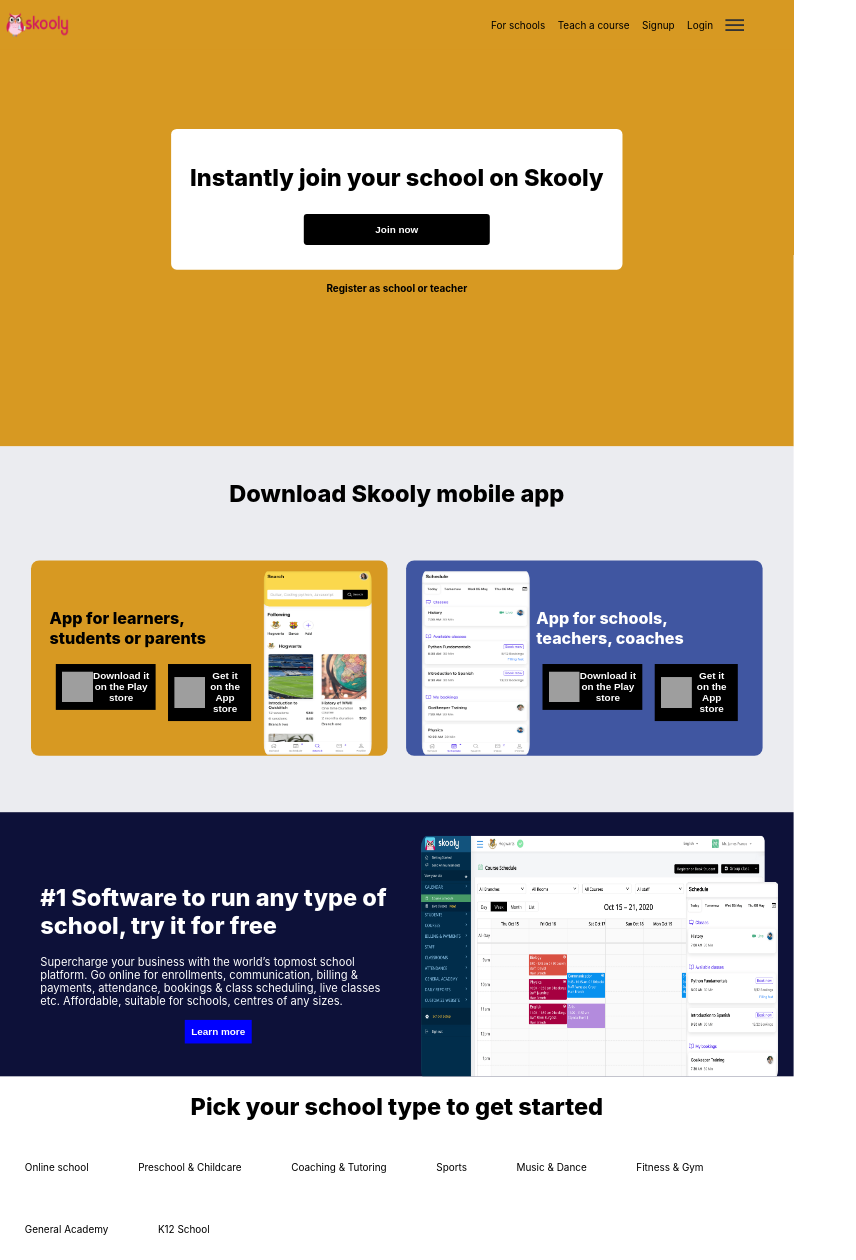
Repository: akankshaajoshi/Skooly-Clone
Page: /
These files come from the project's save history. The page is drawn as it stood at one moment and after the next save; the edit follows.
The browser window is 1280 px wide. The page is 1280 px wide, then 1380 px, so the pictures cover 1380 px, including what lies to the right of the window. The pictures show the whole page, at 62% of full size.
Pictures or frames that could not be fetched are drawn as grey boxes. The project was rebuilt for these pictures with package versions that can differ from the ones it lists, and the page was loaded fresh each time. Also part of the build but not shown: craco.config.js.

Above is the page before, as saved 2023-09-15 07:55:41.

### public/index.html
<!DOCTYPE html>
<html lang="en">
  <head>
    <meta charset="utf-8" />
    <link rel="icon" href="%PUBLIC_URL%/logo.webp" />
    <meta name="viewport" content="width=device-width, initial-scale=1" />
    <meta name="theme-color" content="#000000" />
    <meta
      name="description"
      content="Web site created using create-react-app"
    />
    <link rel="apple-touch-icon" href="%PUBLIC_URL%/logo192.png" />
    <title>Skooly - Instantly join your school, register for a course</title>
  </head>
  <body>
    <noscript>You need to enable JavaScript to run this app.</noscript>
    <div id="root"></div>
    <!--
      This HTML file is a template.
      If you open it directly in the browser, you will see an empty page.

      You can add webfonts, meta tags, or analytics to this file.
      The build step will place the bundled scripts into the <body> tag.

      To begin the development, run `npm start` or `yarn start`.
      To create a production bundle, use `npm run build` or `yarn build`.
    -->
  </body>
</html>

### src/index.js
import React from 'react';
import ReactDOM from 'react-dom/client';
import '@/styles/index.css';
import App from '@/App';

const root = ReactDOM.createRoot(document.getElementById('root'));
root.render(
  <React.StrictMode>
    <App />
  </React.StrictMode>
);

### src/App.js
import "@/styles/App.css"
import Navbar from "@/components/shared/Navbar"
import Home from "@/pages/Home"

function App() {

  return (<>
  <Navbar/>
  <Home/>
  </>
  );
}

export default App;

### src/components/shared/Navbar/index.js
import React from 'react';
import styled from 'styled-components';
import { navItems } from '@/utils/constants';
import HamburgerMenu from "@/components/custom/HamburgerMenu"
import {colors} from "@/assets"
import logo from '@/assets/images/skooly-logo.png';

const Nav = styled.nav`
  display: flex;
  flex-direction: row;
  min-height: 80px;
  z-index: 10000;
  position: fixed;
  width: 100%;
  background-color: ${colors.primary};
`;

const NavLeft = styled.div`
  display: flex;
  align-items: center;
  flex: 1;
  padding: 10px;
  justify-content: flex-start;
`;


const NavRight = styled.div`
  display: flex;
  align-items: center;
  flex: 1;
  padding: 10px 70px 10px 10px;
  justify-content: flex-end;
`;


const NavComponent = styled.div`
  display: flex;
  justify-content: center;
  align-items: center;
  padding: 10px;

  &:hover{
    cursor: pointer;
    background-color: ${colors.black};
    color: ${colors.white};
  }
`;

const Img = styled.img`
  height: 40px;
  width: 100px;

  &:hover{
    cursor: pointer;
  }
`;

const index = () => {

  return (
    <Nav>
      <NavLeft>
        <Img src={logo} />
      </NavLeft>
      <NavRight>
        {navItems.map((item) => (
          <NavComponent>{item}</NavComponent>
        ))}
        <HamburgerMenu></HamburgerMenu>
      </NavRight>
    </Nav>
  );
};

export default index;

### src/pages/Home/index.js
import React from 'react'
import {Container} from "@/components/custom/Container"
import HeroContainer from "@/containers/HeroContainer"
import DownloadContainer from "@/containers/DownloadContainer"
import ForSchoolContainer from "@/containers/ForSchoolContainer"
import SchoolTypeContainer from "@/containers/SchoolTypeContainer"

const index = () => {
  return (
    <Container>
    <HeroContainer/>
    <DownloadContainer/>
    <ForSchoolContainer/>
    <SchoolTypeContainer/>
  </Container>
  )
}

export default index

### src/utils/constants.js
export const navItems = ['For schools', 'Teach a course', 'Signup', 'Login'];

export const hamburgerItems = ['Download app', 'Contact support', 'English'];

export const downloads = ['Download it on the Play store', 'Get it on the App store'];

export const schoolTypes = [
  'Online school',
  'Preschool & Childcare',
  'Coaching & Tutoring',
  'Sports',
  'Music & Dance',
  'Fitness & Gym',
  'General Academy',
  'K12 School',
];

### src/components/custom/HamburgerMenu/index.js
import React, { useState } from 'react';
import styled from 'styled-components';
import {hamburgerItems} from "@/utils/constants"
import {colors} from "@/assets"

const HamburgerMenuWrapper = styled.div`
  display: flex;
  flex-direction: column;
  align-items: center;
`;

const HamburgerIcon = styled.div`
  cursor: pointer;
  padding: 10px;
`;

const Line = styled.div`
  width: 30px;
  height: 3px;
  background-color: #333;
  margin: 5px 0;
`;

const MenuList = styled.ul`
  position: fixed;
  list-style: none;
  padding: 10px;
  margin-top: 50px;
  text-align: center;
  display: ${(props) => (props.isOpen ? 'block' : 'none')};
  background-color: ${colors.white};
  border: 2px solid;
`;

const MenuItem = styled.li`
  margin: 10px 0;
`;

const HamburgerMenu = () => {
  const [isOpen, setIsOpen] = useState(false);

  const toggleMenu = () => {
    setIsOpen(!isOpen);
  };

  return (
    <HamburgerMenuWrapper>
      <HamburgerIcon onClick={toggleMenu}>
        <Line />
        <Line />
        <Line />
      </HamburgerIcon>
      <MenuList isOpen={isOpen}>
        {hamburgerItems.map((item)=><MenuItem>{item}<hr></hr></MenuItem>)}
      </MenuList>
    </HamburgerMenuWrapper>
  );
};

export default HamburgerMenu;

### src/assets/index.js
const PRIMARY = "#D79922";
const SECONDARY = "#4056A1";
const TERTIARY = "#0D1139";
const QUATERNARY =  "#EBECF0";

export const colors = {
    primary: PRIMARY,
    secondary: SECONDARY,
    tertiary: TERTIARY,
    quaternary: QUATERNARY,
    white: "white",
    black: "black"
}

export const fontSizes = {
    xSmall: "16px",
    small: "18px",
    medium: "26px",
    large: "34px",
    xLarge: "38px",
    xxLarge: "44px"
}

export const borderRadius = {
    small: "5px",
    medium: "7px",
    large: "9px",
    xLarge: "13px"
}

export const heights = {
    xSmall: "55vh",
    small: "80vh",
    large: "100vh"
}

### src/components/custom/Container/index.js
import styled from "styled-components";

export const Container = styled.div`
display: flex;
align-items: center;
flex-direction: column;
justify-content: center;
width: 100%;

@media screen and (max-width: 800px){
    display: flex;
    flex-direction: column;
    align-items: center;
}
`;

### src/containers/HeroContainer/index.js
import React from 'react'
import styled from 'styled-components'
import {colors, borderRadius, heights} from '@/assets'
import {Heading, SubSubHeading} from "@/components/base/Typography"
import {Button} from "@/components/base/Button"
import {Container} from "@/components/custom/Container"

const ContainerInner = styled.div`
display: flex;
align-items: center;
justify-content: center;
flex-direction: column;
background-color: ${colors.white};
border-radius: ${borderRadius.large};
padding: 30px 30px;
`
const containerStyle = {
    backgroundColor: `${colors.primary}`,
    height: `${heights.large}`
}

const buttonStyle = {
    width: "300px",
    height: "50px",
    backgroundColor: `${colors.black}`,
    color: `${colors.white}`,
    borderRadius: `${borderRadius.small}`,
}

const index = () => {
  return (
    <Container style={containerStyle}>
        <ContainerInner>
            <Heading>
            Instantly join your school on Skooly
            </Heading>
            <Button style={buttonStyle}>Join now</Button>
        </ContainerInner>
        <SubSubHeading>
        Register as school or teacher
        </SubSubHeading>
        </Container>
  )
}

export default index

### src/containers/DownloadContainer/index.js
import React from 'react';
import styled from 'styled-components';
import { Container } from '@/components/custom/Container';
import { heights, colors } from '@/assets';
import { Card } from '@/components/custom/Card';
import { Heading } from '@/components/base/Typography';
import { fontSizes } from '@/assets';
import { Button } from '@/components/base/Button';
import { downloads } from '@/utils/constants';
import { CardText } from '@/components/custom/CardText';
import { CardImage } from '@/components/custom/CardImage';
import { ButtonContainer } from '@/components/custom/ButtonContainer';
import imga from '@/assets/images/mobilea.png';
import imgb from '@/assets/images/mobileb.png';
import img2 from "@/assets/images/playstore.png";
import img from "@/assets/images/appstore.png";

const containerStyle = {
  backgroundColor: `${colors.quaternary}`,
  minHeight: `${heights.small}`,
  paddingBottom: "2vh"
};

const CardContainer = styled.div`
  display: flex;
  align-items: center;
  justify-content: center;
  flex-direction: row;
  margin-top: 10px;
  gap: 30px;
  padding: 50px;

  @media screen and (max-width: 800px){
    flex-direction: column;
  }
`;

const Img = styled.img`
height: 50px;
width: 50px;
`;

const index = () => {
  return (
    <Container style={containerStyle}>
      <Heading style={{ fontSize: fontSizes.xLarge }}>Download Skooly mobile app</Heading>
      <CardContainer>
        <Card style={{ backgroundColor: `${colors.primary}`, paddingLeft: "30px" }}>
          <CardText>
            <Heading style={{ fontSize: fontSizes.medium }}>App for learners, students or parents</Heading>
            <ButtonContainer>
              {downloads.map((download, ind) => (
                <Button><Img src = {ind === 1? img : img2} alt='download'/>{download}</Button>
              ))}
            </ButtonContainer>
          </CardText>
          <CardImage src={imga} />
        </Card>
        <Card style={{ backgroundColor: `${colors.secondary}` , paddingRight: "30px"}}>
          <CardImage src={imgb} />
          <CardText style={{color: `${colors.white}`}}>
            <Heading style={{ fontSize: fontSizes.medium }}>App for schools, teachers, coaches</Heading>
            <ButtonContainer>
              {downloads.map((download, ind) => (
                <Button> <Img src = {ind === 1? img : img2} alt='download'/>{download}</Button>
              ))}
            </ButtonContainer>
          </CardText>
        </Card>
      </CardContainer>
    </Container>
  );
};

export default index;

### src/containers/ForSchoolContainer/index.js
import React from 'react'
import {colors, heights} from "@/assets"
import {Container} from '@/components/custom/Container'
import {Card} from '@/components/custom/Card'
import {CardImage} from '@/components/custom/CardImage'
import {CardText} from '@/components/custom/CardText'
import workspace from '@/assets/images/workspace.png'
import {Heading, Text} from "@/components/base/Typography"
import {Button} from "@/components/base/Button"

const containerStyle = {
  backgroundColor: `${colors.tertiary}`,
  height: `${heights.xSmall}`,
  paddingTop: "30px"
};

const cardImageStyle = {
  minHeight: "55vh",
  minWidth: "45vw",
  paddingBottom: "0px",
  flex: "1"
}

const index = () => {
  return (
    <Container style={containerStyle}>
      <Card>
        <CardText style={{color: "white", flex: "1", paddingLeft: "50px", paddingRight: "30px"}}>
          <Heading>
          #1 Software to run any type of school, try it for free
          </Heading>
          <Text> Supercharge your business with the world’s topmost school platform. Go online for enrollments, communication, billing & payments, attendance, bookings & class scheduling, live classes etc. Affordable, suitable for schools, centres of any sizes. </Text>
        <Button style={{marginTop: "20px", backgroundColor: "blue"}}>Learn more</Button>
        </CardText>
        <CardImage src={workspace} style={cardImageStyle}/>
      </Card>
    </Container>
  )
}

export default index

### src/containers/SchoolTypeContainer/index.js
import React from 'react'
import styled from 'styled-components'
import {Container} from "@/components/custom/Container"
import {Heading} from "@/components/base/Typography"
import {colors} from "@/assets"
import { schoolTypes } from '@/utils/constants'

const ElementContainer = styled.div`
display: flex;
flex-direction: row;
flex-wrap: wrap;
`;

const Element = styled.div`
display: flex;
justify-content: center;
margin: 20px;
padding: 20px;
max-width: 200px;
`


const index = () => {
  return (
    <Container style={{backgroundColor: `${colors.ternary}, padding: "100px"`}}>
        <Heading>Pick your school type to get started</Heading>
        <ElementContainer>
            {schoolTypes.map((ele)=><Element>{ele}</Element>)}
        </ElementContainer>
    </Container>
  )
}

export default index

### src/components/base/Typography/index.js
import styled from "styled-components";
import {colors, fontSizes} from "@/assets"

export const Heading = styled.h1`
font-size: ${fontSizes.xLarge};
font-weight: 800;
`;

export const SubSubHeading = styled.h6`
font-size: ${fontSizes.xSmall};
margin-top: 20px;

&:hover{
    color: ${colors.tertiary};
    cursor: pointer;
}
`
export const Text = styled.div`
font-size: ${fontSizes.small};
`;

### src/components/base/Button/index.js
import styled from 'styled-components';
import { colors, fontSizes } from '@/assets';

export const Button = styled.button`
display: flex;
justify-content: center;
align-items: center;
text-decoration: none;
border: none;
padding: 10px;
margin: 10px;
font-size: ${fontSizes.xSmall};
font-weight: 600;
color: ${colors.white};
background-color: ${colors.black};

&:hover{
    cursor: pointer;
}
`;

### src/components/custom/Card/index.js
import styled from "styled-components";
import {borderRadius} from "@/assets"

export const Card = styled.div`
  display: flex;
  align-items: center;
  flex-direction: row;
  min-height: 300px;
  flex: 1;
  border-radius: ${borderRadius.xLarge};
  padding: 15px 15px 0px 15px;
  overflow: hidden;
`;

### src/components/custom/CardText/index.js
import styled from "styled-components";

export const CardText = styled.div`
  display: flex;
  flex-direction: column;
  align-items: center;
  justify-content: center;
  flex: 1;
`;

### src/components/custom/CardImage/index.js
import styled from "styled-components";
export const CardImage = styled.img`
  display: flex;
  align-self: center;
  border-radius: 20px;
  flex: 1;
  max-width: 175px;
  max-height: 300px;
  padding: 0px 10px 0px 10px;
`;

### src/components/custom/ButtonContainer/index.js
import styled from "styled-components";

export const ButtonContainer = styled.div`
  display: flex;
  align-items: flex-start;
  flex-direction: row;
  justify-content: center;
`;

Loaded but not shown: src/styles/index.css (common file); src/styles/App.css (no stored copy; drawn as an empty file)

After the next save:
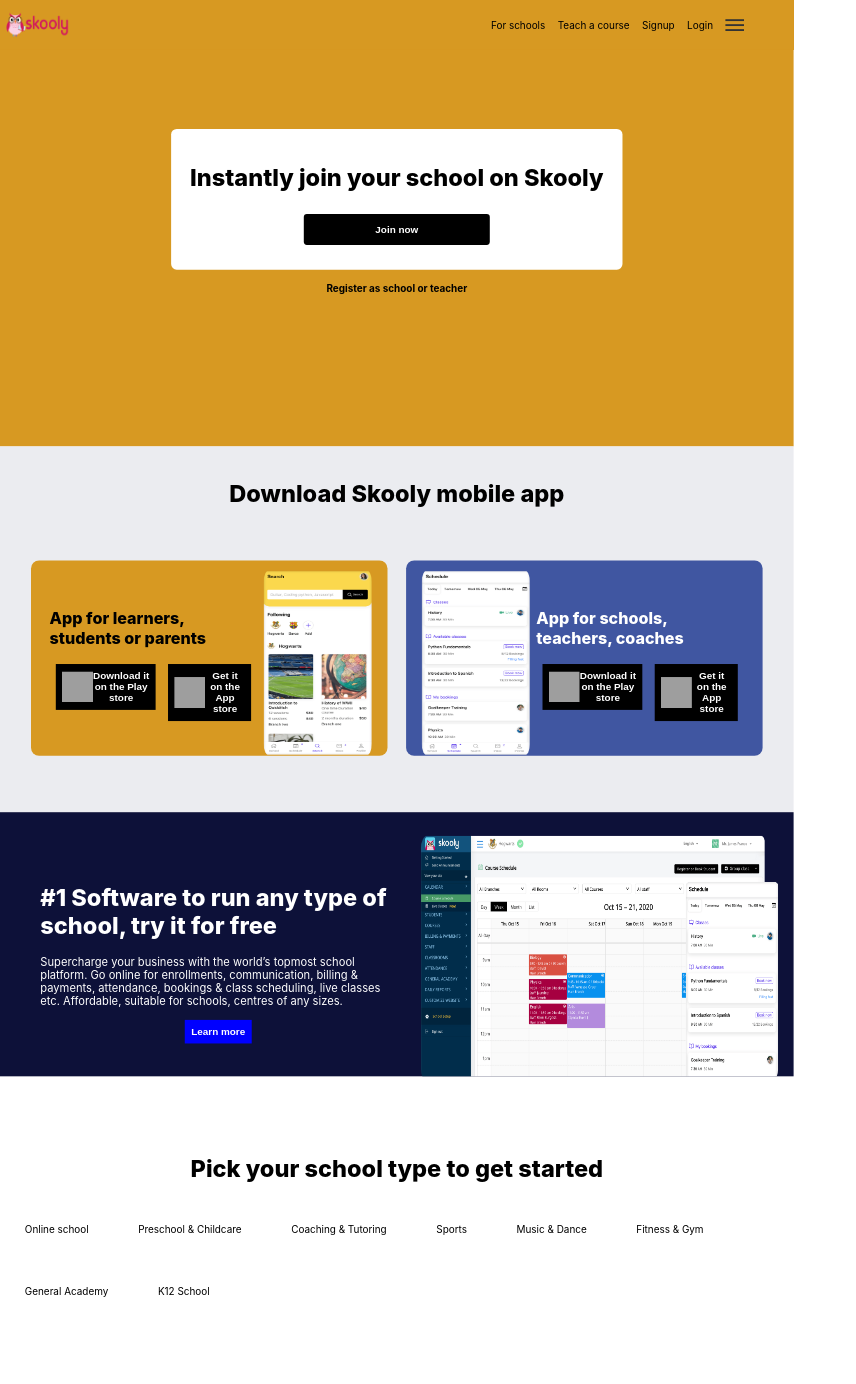
Saved 28 s later.
--- a/src/containers/SchoolTypeContainer/index.js
+++ b/src/containers/SchoolTypeContainer/index.js
@@ -22,7 +22,7 @@
 
 const index = () => {
   return (
-    <Container style={{backgroundColor: `${colors.ternary}, padding: "100px"`}}>
+    <Container style={{backgroundColor: `${colors.ternary}`, padding: "100px"}}>
         <Heading>Pick your school type to get started</Heading>
         <ElementContainer>
             {schoolTypes.map((ele)=><Element>{ele}</Element>)}
